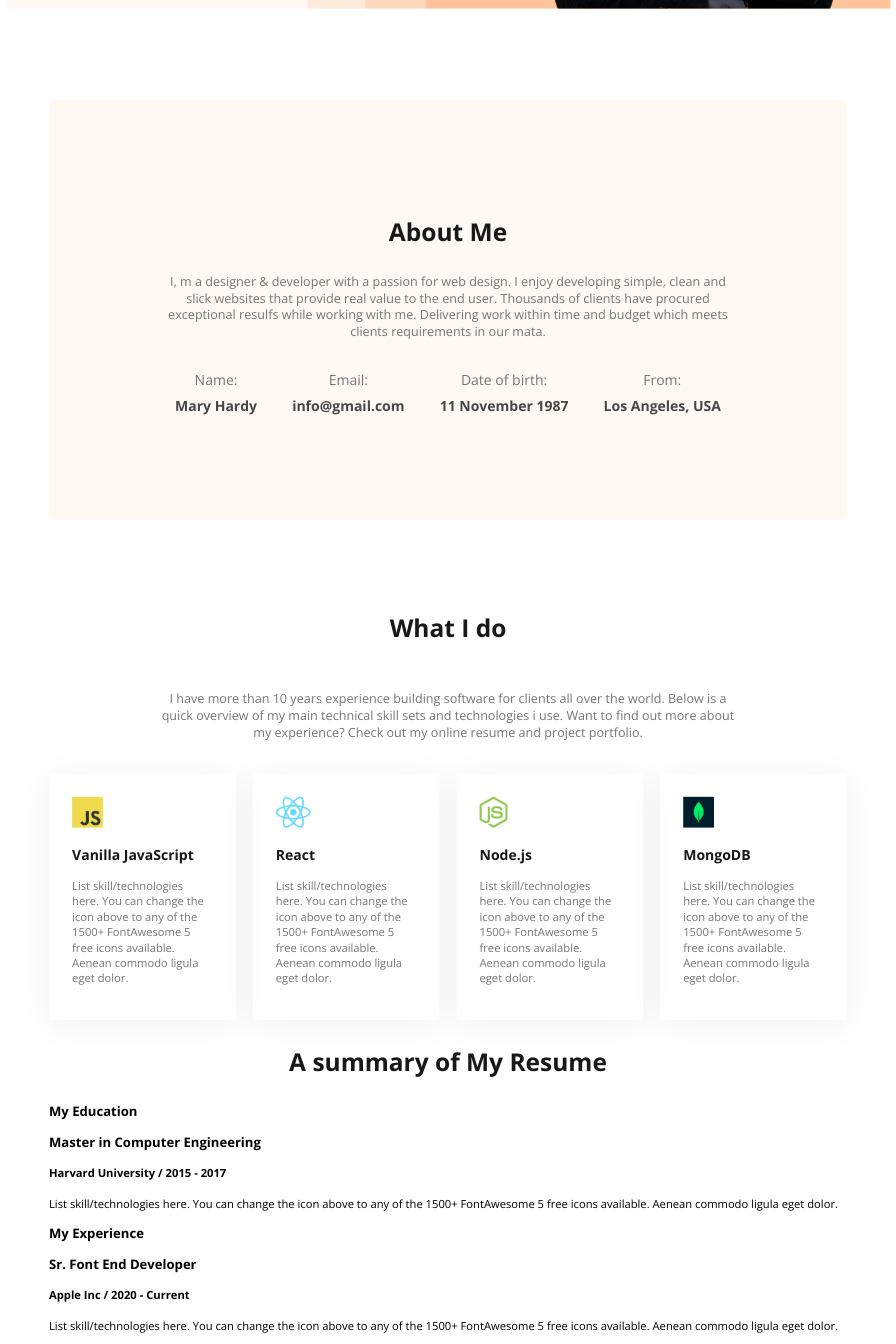
Repository: ShouravAhammed/Simple-Portfolio-Webpage
Page: index.html
These files come from the project's save history. The page is drawn as it stood at one moment and after the next save; the edit follows.
The browser window is 1280 px wide. The pictures show the part of the page from y = 756 to 2676 px (the page is 2676 px tall before and 2675 px after), at 70% of full size.

Above is the page before, as saved 2024-01-06 02:51:34.

After the next save:
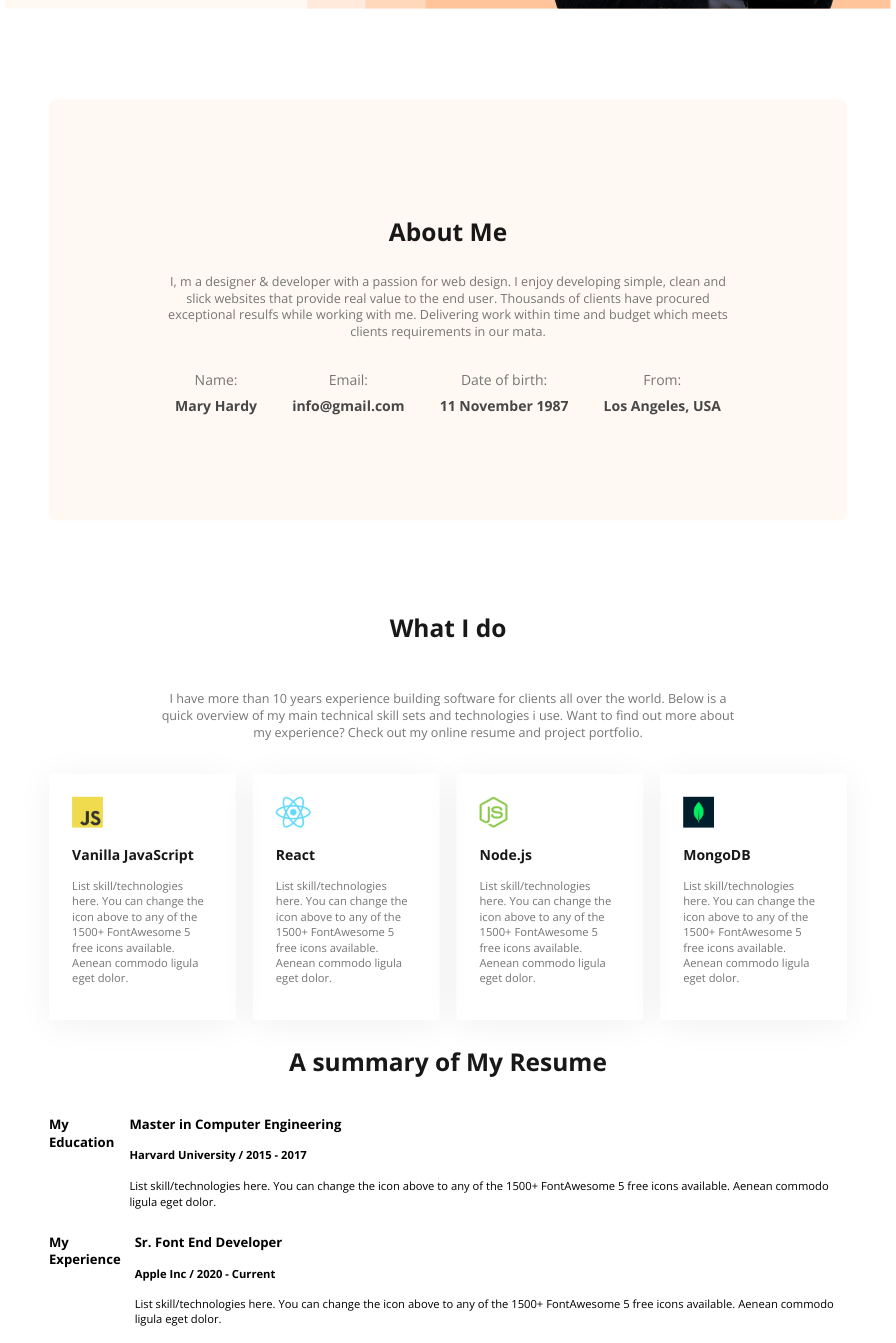
Saved 108 s later.
--- a/index.css
+++ b/index.css
@@ -135,7 +135,6 @@
 /* what i do section style */
 .skills-container{
     display: flex;
-    flex-direction: row;
     gap: 24px;
 }
 .skills{
@@ -153,3 +152,10 @@
     font-size: 16px;
     font-weight: 400;
 }
+/* Resume sectionpart start */
+.resume-container{
+
+}
+.resume-colum{
+    display: flex;
+}

After the save that followed:
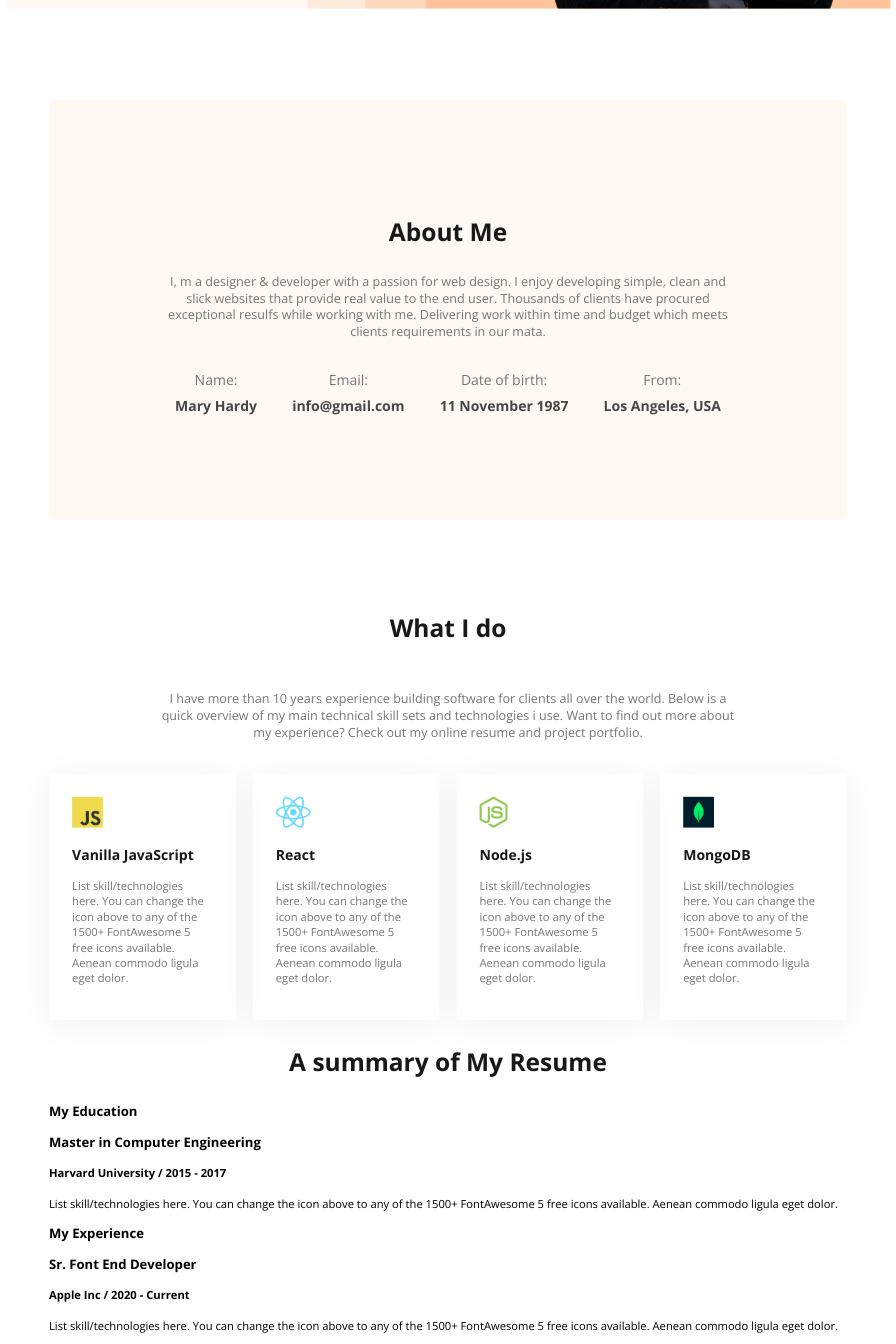
Saved 16 s later.
--- a/index.css
+++ b/index.css
@@ -157,5 +157,5 @@
 
 }
 .resume-colum{
-    display: flex;
+
 }
